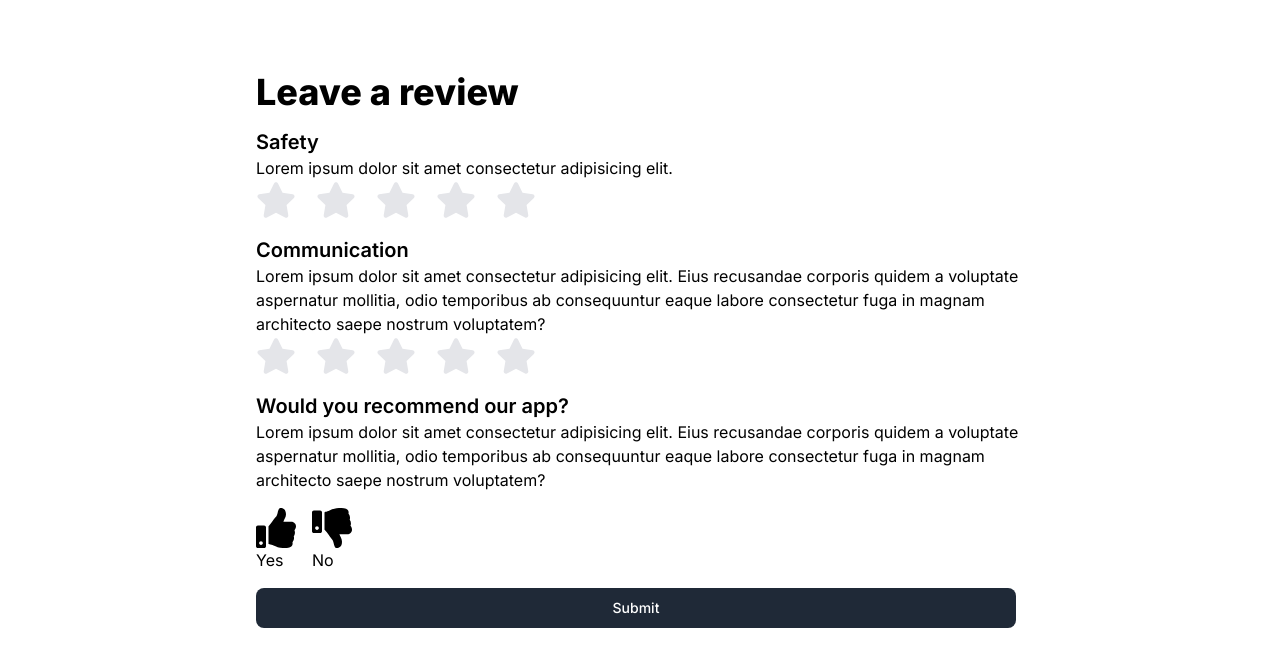
Repository: akankshaajoshi/review-form
Page: /review
These files come from the project's save history. The page is drawn as it stood at one moment and after the next save; the edit follows.
The browser window is 1280 px wide. The pictures show the whole page.
The project was rebuilt for these pictures with package versions that can differ from the ones it lists, and the page was loaded fresh each time. The framework's server and built-in components were replaced by stand-ins that run in the browser. Also part of the build but not shown: next.config.mjs.

Above is the page before, as saved 2024-05-25 13:23:54.

### app/(routes)/review/page.tsx
'use client'

import { useFormState, useFormStatus } from "react-dom";
import {createReview} from "@/app/actions"
import StarRating from "./../../_components/StarRatings"
import TrueOrFalse from './../../_components/TrueOrFalse'

const initialState = {
    message: null,
    type: null,
}

function SubmitButton(){
    const {pending} = useFormStatus();
    return (
        <button type="submit" className="text-white bg-gray-800 hover:bg-gray-900 focus:outline-none focus:ring-4 focus:ring-gray-300 font-medium rounded-lg text-sm px-5 py-2.5 me-2 mb-2 dark:bg-gray-800 dark:hover:bg-gray-700 dark:focus:ring-gray-700 dark:border-gray-700" aria-disabled={pending}>
            Submit
        </button>
    )
}

export default function Review(){
    const ratings = [1, 2, 3, 4, 5];
    const [state, formAction] = useFormState(createReview, initialState);
    return (
        <div className="flex flex-col items-center w-[100vw] h-[100vh]">
            <div className="flex flex-col gap-y-4 items-left mt-[10vh] h-[80vh] w-[60vw]">
            <h2 className="text-4xl font-extrabold">Leave a review</h2>
            {state?.type === "success" && <p className="text-lg p-2 text-white rounded-md bg-green-500">{state?.message}</p>}
            {state?.type === "error" && <p className="text-lg p-2 text-white rounded-md bg-red-500">{state?.message}</p>}
            <form action={formAction} className="flex flex-col gap-y-4">
                <fieldset>
                    <label htmlFor="safety" className="text-xl font-semibold">Safety</label>
                    <p>Lorem ipsum dolor sit amet consectetur adipisicing elit. </p>
                    <StarRating name="safety"/>
                </fieldset>
                <fieldset>
                    <label htmlFor="communication" className="text-xl font-semibold">Communication</label>
                    <p>Lorem ipsum dolor sit amet consectetur adipisicing elit. Eius recusandae corporis quidem a voluptate aspernatur mollitia, odio temporibus ab consequuntur eaque labore consectetur fuga in magnam architecto saepe nostrum voluptatem?</p>
                    <StarRating name="communication"/>
                </fieldset>
                <fieldset>
                    <label htmlFor="recommend" className="text-xl font-semibold">Would you recommend our app? </label>
                    <p>Lorem ipsum dolor sit amet consectetur adipisicing elit. Eius recusandae corporis quidem a voluptate aspernatur mollitia, odio temporibus ab consequuntur eaque labore consectetur fuga in magnam architecto saepe nostrum voluptatem?</p>
                    <TrueOrFalse name="recommend"/>
                </fieldset>
                <SubmitButton/>
            </form>
            </div>
        </div>
    )
}

### app/actions.tsx
'use server'

import {revalidatePath} from "next/cache";
import {sql} from "@vercel/postgres"
import {z} from 'zod'
// CREATE TABLE reviews (
//     id SERIAL PRIMARY KEY,
//      safety INTEGER NOT NULL,
//     communication INTEGER NOT NULL,
//      recommend VARCHAR(5) NOT NULL );
export async function createReview(prevState: {message: string, type: string}, formData: FormData){

    const schema = z.object({
        safety: z.number(),
        communication: z.number(),
        recommend: z.string(),
    })
    const parse = schema.safeParse({
        safety: Number(formData.get('safety')),
        communication: Number(formData.get('communication')),
        recommend: formData.get('recommend'),
    })

    if (!parse.success) {
        console.log("incorrect parse")
        return { message: "Failed to create review", type: "error" };
      }

    const data = parse.data

    try{
        await sql`
        INSERT INTO reviews(safety, communication, recommend) VALUES (${data.safety}, ${data.communication}, ${data.recommend})
        `
        // revalidatePath('/reviews/' )
        return {message: `Added review successfully.`, type: "success"}
    }catch(err){
        console.log(err)
        return {message: `Failed to add review.`, type: "error"}
    }
}

### app/_components/StarRatings/index.tsx
import {FaStar} from "react-icons/fa"
import React, { useState } from "react";

interface StarProps {
  name: string;
};

const Index : React.FC<StarProps> = ({name}) => {
  const [rating , setRating] = useState<number>(0);
  const [hover, setHover] = useState<number>(0);
  return (
    <div className="flex flex-row gap-x-5">
      {[...Array(5)].map((star, index) =>{
        const currentRating: number = index+1;
        return (
          <label key={index}>
            <input type="radio" name={name}
            className="hidden"
            value={index+1}
            onClick={()=>setRating(currentRating)}>
            </input>
            <FaStar className="star" size={40} color={currentRating <= (hover || rating) ? "#ffc107" : "#e4e5e9"}
            onMouseEnter={()=>setHover(currentRating)}
            onMouseLeave={()=>setHover(0)}
            ></FaStar>
          </label>
        )
      })}
    </div>
  )
}

export default Index

### app/_components/TrueOrFalse/index.tsx
import { FaThumbsDown, FaThumbsUp } from "react-icons/fa";

interface TrueOrFalseProps {
    name: string;
}

const TrueOrFalse : React.FC<TrueOrFalseProps> = ({name}) =>{
    return (
        <div className="flex flex-row gap-x-4 pt-4">
            <label>
            <input type="radio" name={name}
            className="hidden"
            value="true">
            </input>
            <FaThumbsUp size={40}
            ></FaThumbsUp>
            Yes
          </label>
          <label>
            <input type="radio" name={name}
            className="hidden"
            value="false">
            </input>
            <FaThumbsDown className="star" size={40}
            ></FaThumbsDown>
            No
          </label>
        </div>
    )
}

export default TrueOrFalse;

Loaded but not shown: app/layout.tsx (common file); app/globals.css (common file); tailwind.config.ts (common file)

After the next save:
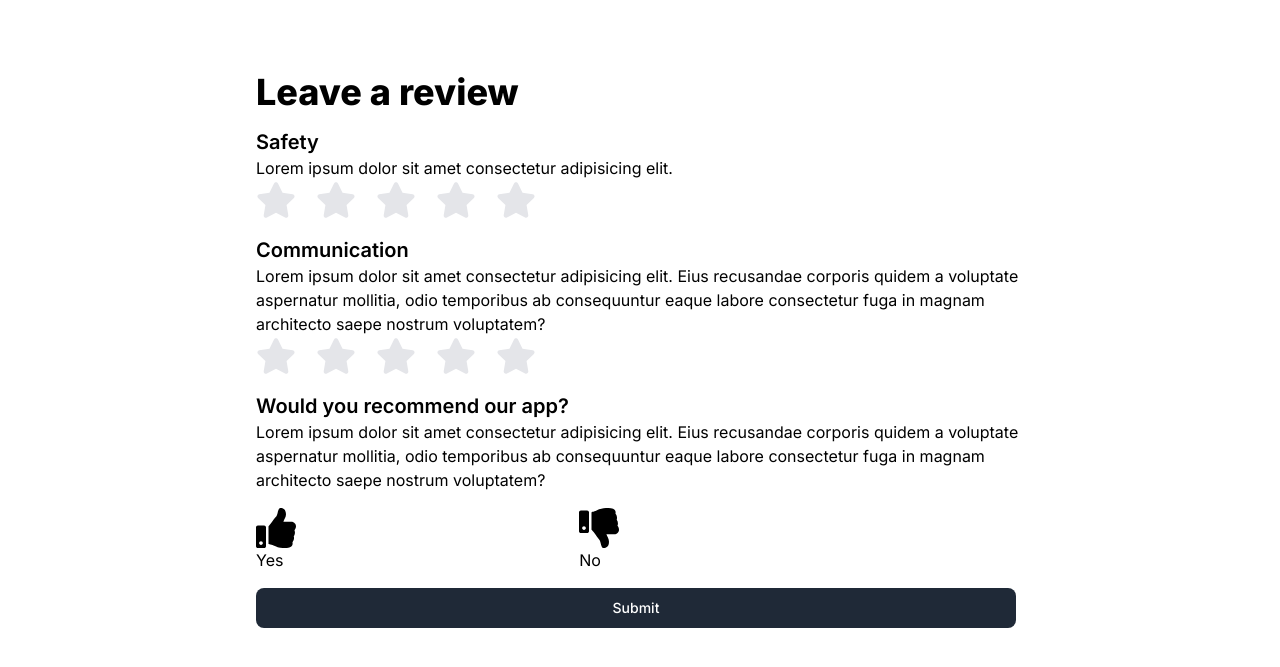
Saved 28 s later.
--- a/app/_components/TrueOrFalse/index.tsx
+++ b/app/_components/TrueOrFalse/index.tsx
@@ -7,7 +7,7 @@ interface TrueOrFalseProps {
 const TrueOrFalse : React.FC<TrueOrFalseProps> = ({name}) =>{
     return (
         <div className="flex flex-row gap-x-4 pt-4">
-            <label>
+            <label className="w-[40%]">
             <input type="radio" name={name}
             className="hidden"
             value="true">
